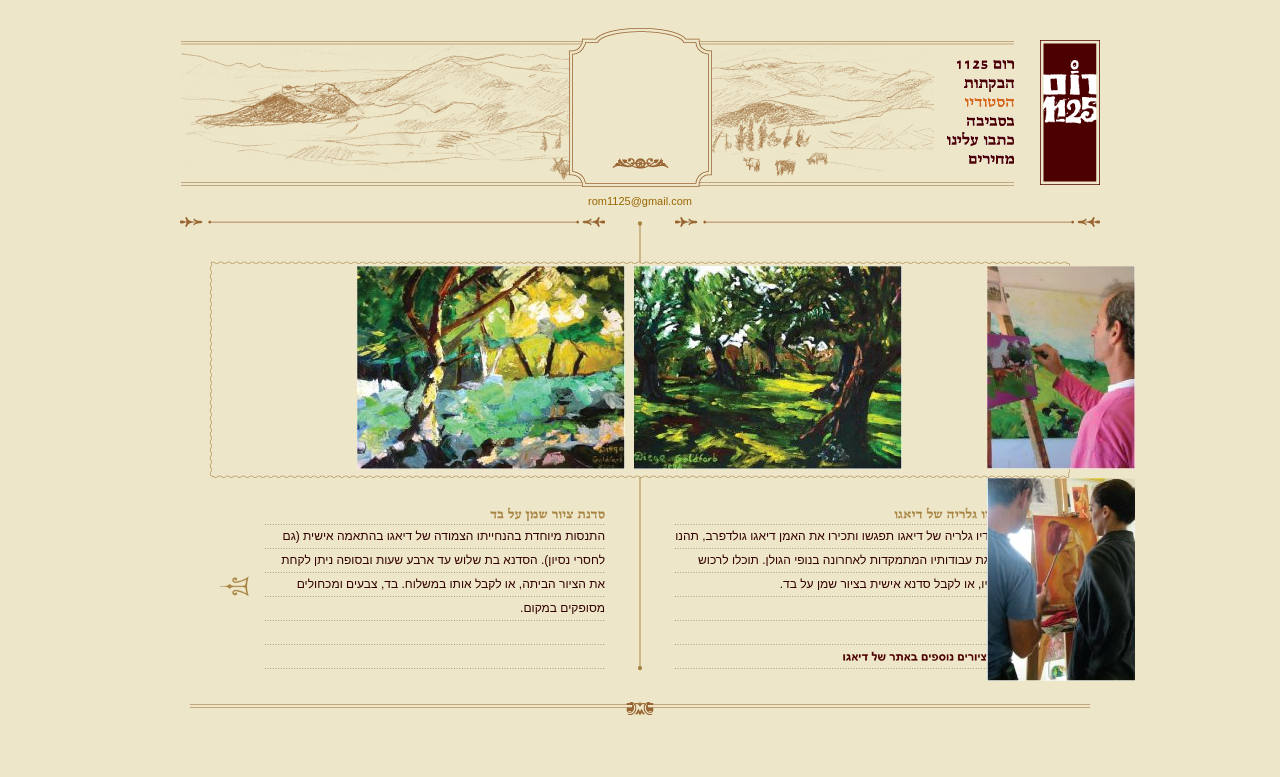
Repository: asafg/rom1125
Page: rom1125/WebContent/studio.html
An editor plug-in stored every save of this project. The page is shown before and after the next save, followed by the edit.
The browser window is 1280 px wide. The pictures show the whole page.

Above is the page before, as saved 2010-06-11 11:01:53.

### rom1125/WebContent/studio.html
<!DOCTYPE html PUBLIC "-//W3C//DTD XHTML 1.1//EN" "http://www.w3.org/TR/xhtml11/DTD/xhtml11.dtd">
<html xmlns="http://www.w3.org/1999/xhtml">

<head>
  <meta http-equiv="Content-Type" content="text/html; charset=utf-8"/>
  <title>רום 1125 - הסטודיו</title>
  <link rel="stylesheet" href="css/common.css" type="text/css" media="screen"/>
  <link rel="stylesheet" href="css/studio.css" type="text/css" media="screen"/>
  <script src="js/img_gal_cc_compressed.js" type="text/javascript"></script>
</head>
<body>
<div id="main">
<!-- header -->
<div id="header">
<img id="logo" src="images/logo.png"/>
<div id="header_without_logo"><!-- The part of the header left of the logo -->
<div id="header_top"><img src="images/header_top.png"/></div>
<div id="toolbar_buttons">
<a id="home_link" href="index.html"><img src="images/blank.gif"/></a>
<a id="huts_link" href="huts.html"><img src="images/blank.gif"/></a>
<img src="images/studio_hl.gif"/>
<a id="env_link" href="env.html"><img src="images/blank.gif"/></a>
<a id="media_link" href="media.html"><img src="images/blank.gif"/></a>
<a id="prices_link" href="prices.html"><img src="images/blank.gif"/></a>
</div><!-- toolbar_buttons -->
<div class="header_image"><img src="images/header_right.jpg"/></div>
<div class="header_image"><img src="images/header_middle.png"/></div>
<div class="header_image"><img src="images/header_left.jpg"/></div>
<div id="header_bottom"><img id="header_bottom_image" src="images/header_bottom.png"/></div>
</div><!-- header_without_logo-->
<div id="email_address_div">
<a href="mailto:rom1125@gmail.com" class="email_address">rom1125@gmail.com</a>
</div><!-- email_address_div -->
</div><!-- header -->
<!-- now for the separators -->
<div id="right_part">
<img src="images/top_horiz_sep.png" class="sep_image"/>
</div><!-- right -->
<div id="top_vert_sep">
<img src="images/top_ball.png" class="sep_image"/>
<div id="top_vert_bar"></div>
</div><!-- top_vert_sep -->
<div id="left_part">
<img src="images/top_horiz_sep.png" class="sep_image"/>
</div><!-- left -->
<div id="frame">
	<img class="first_photo" src="images/photos/studio1.jpg"/>
	<img src="images/photos/studio2.jpg"/>
	<img src="images/photos/studio3.jpg"/>
	<img src="images/photos/studio4.jpg"/>
</div><!-- frame -->
<div id="bottom_right_part">
<div id="right_studio_orn">
<img src="images/right_studio_orn.png"/>
</div><!-- right_studio_orn -->
<div id="right_page_text">
<img class="title" src="images/studio_title1.png"/><br/>
<div class="page_text">
בסטודיו גלריה של דיאגו תפגשו ותכירו את האמן דיאגו גולדפרב,
תהנו מתצוגת עבודותיו המתמקדות לאחרונה בנופי הגולן.
תוכלו לרכוש מציוריו, או לקבל סדנא אישית בציור שמן על בד.
<br/>
<br/>
<br/>
<div id="studio_ext_link">
<a href="http://www.yessy.com/DiegoGoldfarb/"><img class="left_arrow_small" src="images/blank.gif"/><img id="studio_link_image" src="images/blank.gif"/></a>
</div><!-- studio_link -->
</div><!-- page_text -->
</div><!-- right_page_text -->
</div><!-- bottom_right_part -->
<div id="bottom_vert_sep">
<div id="bottom_vert_bar"></div>
<img src="images/bottom_ball.png" class="sep_image"/>
</div><!-- bottom_vert_sep -->
<div id="bottom_left_part">
<div id="left_page_text">
<img class="title" src="images/studio_title2.png"/><br/>
<div class="page_text">
התנסות מיוחדת בהנחייתו הצמודה של דיאגו בהתאמה אישית
(גם לחסרי נסיון). הסדנא בת שלוש עד ארבע שעות ובסופה ניתן לקחת את
הציור הביתה, או לקבל אותו במשלוח. בד, צבעים ומכחולים מסופקים במקום.
<br/>
<br/>
<br/>
<br/>
</div><!--  page text -->
</div><!-- left_page_text -->
<div id="left_studio_orn">
<img src="images/left_studio_orn.png"/>
</div><!-- left_studio_orn -->
</div>
<div id="footer">
<img src="images/footer_sep.png" class="sep_image"/>
</div><!-- footer -->
</div><!-- main -->
</body>
</html>

### rom1125/WebContent/css/common.css
body
{
	background-color: #EEE6C9;
	margin: 0px;
	padding: 0px;
}

#main
{
	width: 1000px;
	height: 750px;
	direction: rtl;
	margin-left: auto;
   	margin-right: auto;
}

/* beginning of header definitions */

#header
{
	margin-top: 27px;
}

#logo
{
	width: 60px;
	margin-top: 13px;
	margin-right: 40px;
	float: right;
}

#header_without_logo
{
	margin-right: 26px;
	margin-top: 1px;
	padding: 0px;
	width: 834px;
	float: right;
}

#header_top
{
	margin: 0px;
	padding: 0px;
	height: 17px;
	float: right;
	display: block;
}

#header_bottom
{
	margin: 0px;
	padding: 0px;
	height: 5px;
	float: right;
	display: block;
}

#header_bottom_image
{
	margin: 0px;
	padding: 0px;
	vertical-align: top;
}

.header_image
{
	margin: 0px;
	padding: 0px;
	height: 137px;
	float: right;
	display: block;
}

#toolbar_buttons
{
	margin-top: 11px;
	margin-left: 13px;
	float: right;
}

#toolbar_buttons img
{
	margin: 0px 0px 2px 0px; width: 67px; height: 17px; padding: 0px; display: block; border-width: 0px;
}

/*toolbar buttons images are set as background images in order to allow rollover effect using css (no javascript) */
#toolbar_buttons a#home_link   img {background: url("../images/rom.gif") top left no-repeat;}
#toolbar_buttons a#huts_link   img {background: url("../images/biktot.gif") top left no-repeat;}
#toolbar_buttons a#studio_link img {background: url("../images/studio.gif") top left no-repeat;}
#toolbar_buttons a#env_link    img {background: url("../images/sviva.gif") top left no-repeat;}
#toolbar_buttons a#media_link  img {background: url("../images/katvu.gif") top left no-repeat;}
#toolbar_buttons a#prices_link img {background: url("../images/mehirim.gif") top left no-repeat;}

#toolbar_buttons a#home_link:hover   img {background: url("../images/rom_hl.gif") top left no-repeat;}
#toolbar_buttons a#huts_link:hover   img {background: url("../images/biktot_hl.gif") top left no-repeat;}
#toolbar_buttons a#studio_link:hover img {background: url("../images/studio_hl.gif") top left no-repeat;}
#toolbar_buttons a#env_link:hover    img {background: url("../images/sviva_hl.gif") top left no-repeat;}
#toolbar_buttons a#media_link:hover  img {background: url("../images/katvu_hl.gif") top left no-repeat;}
#toolbar_buttons a#prices_link:hover img {background: url("../images/mehirim_hl.gif") top left no-repeat;}

#email_address_div
{
	padding-top: 8px;
	margin-left: auto;
    margin-right: auto;
	font-family: arial, sans-serif;
	font-size: 11px;
	display: block;
	text-align: center;
	clear: both;
}

a.email_address:link, a.email_address:active, a.email_address:focus, a.email_address:visited
{
	color: #996600;
	text-decoration: none;
}

a.email_address:hover
{
	color: #CC6600;
	text-decoration: none;
}

/* end of header definitions */

#right_part
{
	width: 425px;
	margin-top: 10px;
	margin-right: 40px;
	float: right;
}

#vert_sep
{
	float: right;
	margin: 14px 33px 0px 33px;
	padding: 0px;
}

#vert_bar
{
	width: 2px;
	height: 440px;
	margin: 0 1px 0 1px;
	background-color: #cbb787;
}

#left_part
{
	width: 425px;
	margin-top: 10px;
	margin-left: 0px;
	float: right;
}

.sep_image
{
	padding: 0;
	display: block;
}

#footer
{
	margin: 0px 50px 0px 50px;
	float: none;
	clear: both;
}

### rom1125/WebContent/css/studio.css
#frame
{
	background-image: url("../images/studio_frame.png");
	background-repeat: no-repeat;
	height: 217px;
	margin: 54px 0 0 69px;
	padding: 0;
}

#frame img
{
	/*float: right;*/
	margin: 5px 5px 0 0;
}

#frame img.first_photo
{
	margin-left: 76px;
}

#prices_wide_photo
{
	margin: 6px 76px;
}

#bottom_right_part
{
	width: 425px;
	height: 125px;
	margin-top: 10px;
	margin-right: 40px;
	float: right;
}

#top_vert_sep
{
	margin: 14px 33px 0px 33px;
	float: right;
}

#top_vert_bar, #bottom_vert_bar
{
	width: 2px;
	margin: 0 1px 0 1px;
	background-color: #cbb787;
}

#top_vert_bar
{
	height: 35px;
}

#bottom_vert_bar
{
	height: 188px;
}

#bottom_vert_sep
{
	margin: 0px 33px 0 33px;
	float: right;
}

#bottom_left_part
{
	width: 425px;
	margin-top: 10px;
	margin-left: 0px;
	float: right;
}

#right_page_text, #left_page_text
{
	float: right;
	margin-top: 16px;
}

.asterisk_text
{
	color: #b09d67;
}

#right_page_text
{
	margin-right: 16px;
}

.page_text
{
	background-image: url("../images/dashed_line.png");
	background-repeat:repeat-y;
	color: #330000;
	float: right;
	font-family: arial;
	font-size: 12px;
	height: 150px;
	line-height: 200%;
	margin: 2px 0 0 0;
	width: 340px;
}

#studio_ext_link
{
	margin: 1px 2px 0 0;
}

.left_arrow_small
{
	background-image: url("../images/left_arrow_small.png");
	border: 0;
	height: 9px;
	margin: 0 0 0 7px;
	width: 19px;
}

a:hover img.left_arrow_small
{
	background-image: url("../images/left_arrow_small_hl.png");
}

#studio_link_image
{
	background-image: url("../images/studio_link.png");
	border: 0;
	height: 10px;
	width: 144px;
}

a:hover #studio_link_image
{
	background-image: url("../images/studio_link_hl.png");
}

#right_studio_orn
{
	display: block;
	float: right;
	margin: 88px 39px 0 0;
	padding: 0;
	width: 30px;
	height: 21px;
}

#left_studio_orn
{
	display: block;
	float: right;
	margin: 88px 16px 0 0;
	padding: 0;
	width: 30px;
	height: 21px;
}

img.title
{
	margin: 3px 0 0 0;
	vertical-align: top;
}

#footer
{
	padding-top: 28px;
}

.text_column
{
	background-image: url("../images/dashed_line.png");
	background-repeat: repeat-y;
	float: right;
	width: 205px;
	height: 409px;
	border: 0px solid black;
}

#columns_spacer
{
	float: right;
	width: 16px;
	height: 409px;
	border: 0px solid green;
}

/* image gallery */
#photo_frame
{
	position: relative;
	margin-top: 34px;
	width: 425px;
	height: 313px;
	overflow: hidden;
}

#photo_frame img
{
	padding: 6px 6px 0px 0px;
}

#photo_frame_overlay
{
	position:absolute; top:0; left:0; width: 100%; height: 100%; z-index:998;
	background: url("../images/frame_big.png") no-repeat center;
}

/* hide the slide show of the second hut */
#thumbnails_panel2, #slideshow2
{
	display: none;
}

#thumbnails_panel1, #thumbnails_panel2
{
	margin-top: 11px;
	width: 354px;
}

#upper_gallery_strip1, #upper_gallery_strip2
{
	margin: 12px 60px 7px 0px;
	float: right;
}

#lower_gallery_strip1, #lower_gallery_strip2
{
	margin: 6px 60px 0px 0px;
	float: right;
}

#thumbnails_toolbar1, #thumbnails_toolbar2
{
	margin-right: 35px;
	width: 354px;
}

#right_arrow1, #right_arrow2
{
	width: 24px;
	height: 11px;
	margin: 24px 0px 0px 3px;
	vertical-align: middle;
	clear: both;
	float: right;
	display: block;
	border: 0px;
}

img.right_arrow
{
	background: url("../images/right_arrow.gif") top left no-repeat;
}

img.right_arrow:hover
{
	background: url("../images/right_arrow_hl.gif") top left no-repeat;
}

img.right_arrow_disabled
{
	background: url("../images/right_arrow_da.png") top left no-repeat;
}

#left_arrow1, #left_arrow2
{
	width: 24px;
	height: 11px;
	margin: 24px 3px 0px 0px;
	float: right;
	border: 0px;
}

img.left_arrow
{
	background: url("../images/left_arrow.gif") top left no-repeat;
}

img.left_arrow:hover
{
	background: url("../images/left_arrow_hl.gif") top left no-repeat;
}

img.left_arrow_disabled
{
	background: url("../images/left_arrow_da.png") top left no-repeat;
}

#thumbnails1, #thumbnails2
{
	position: relative;
	width: 300px;
	height: 54px;
	float: right;
	overflow: hidden;
}

#thumbnails_wrapper1, #thumbnails_wrapper2
{
	position: absolute;
	width: 420px;
	height: 54px;
	/*float: right;*/
}

.thumbnail
{
	background: url("../images/frame_small.png") no-repeat center;
	margin-left: 3px;
	margin-right: 3px;
	width: 54px;
	height: 54px;
	float: right;
}

div.thumbnail:hover
{
	background: url("../images/frame_small_hl.png") no-repeat center;
	margin-left: 3px;
	margin-right: 3px;
	width: 54px;
	height: 54px;
	float: right;
}

img.thumbnail
{
	margin: 4px 4px auto;
	width: 46px;
	height: 46px;
	border: 1px black;
}
/* end of image gallery */

Loaded but not shown: rom1125/WebContent/js/img_gal_cc_compressed.js (library)

After the next save:
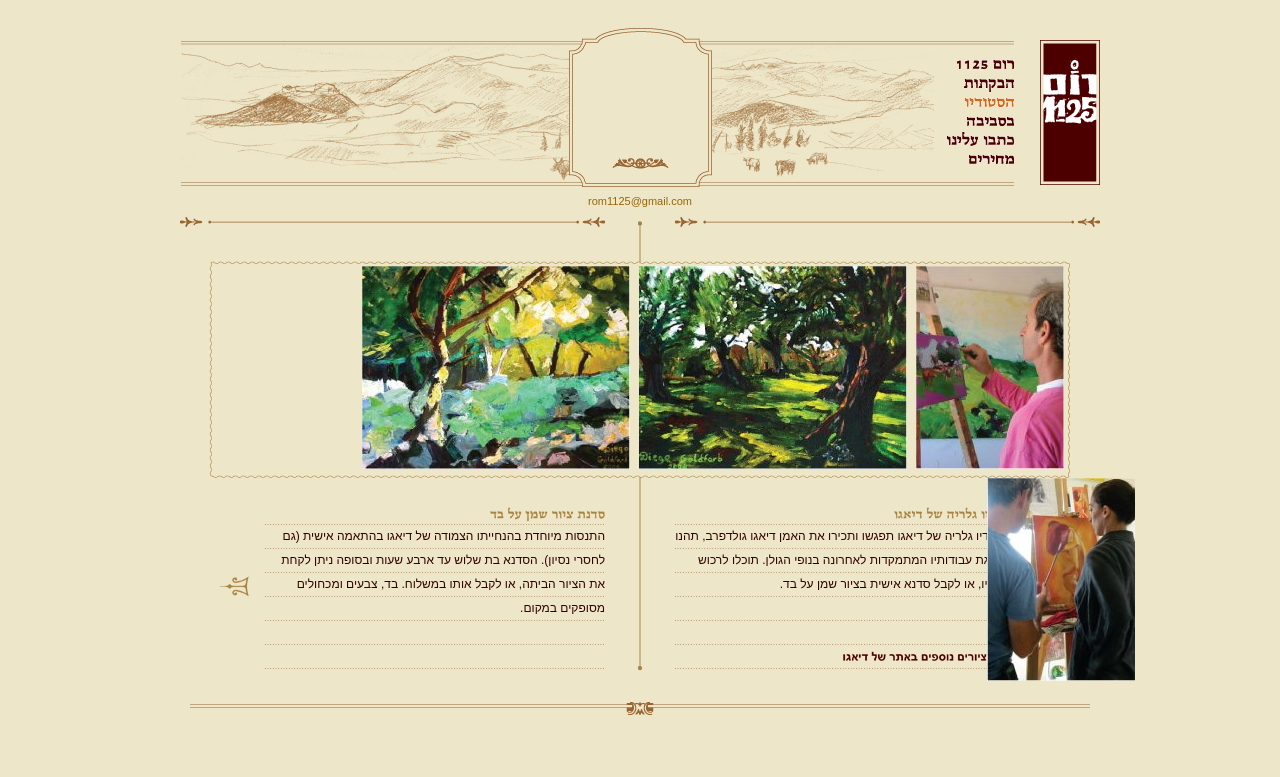
Saved 12 s later.
--- a/rom1125/WebContent/css/studio.css
+++ b/rom1125/WebContent/css/studio.css
@@ -15,7 +15,7 @@
 
 #frame img.first_photo
 {
-	margin-left: 76px;
+	margin-right: 76px;
 }
 
 #prices_wide_photo
